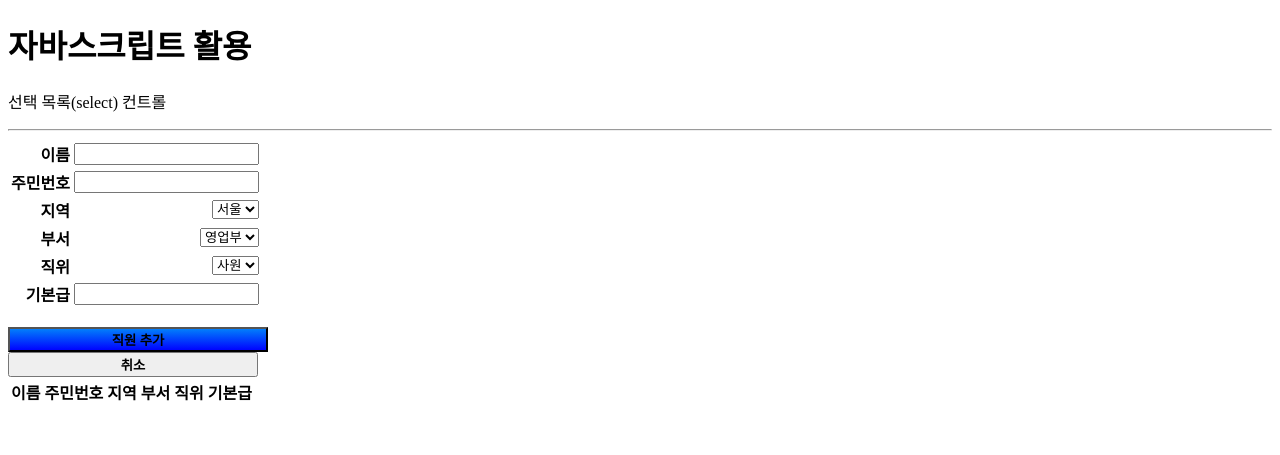
Repository: lolsoyeon/WebStudy
Page: WebApp03/WebContent/Test030.html
The author's editor kept a copy of each file at every save. The page is drawn from the files as they stood at one save, then again after the next save.
The browser window is 1280 px wide. The pictures show the whole page.
The pointer rests on the first visible `.btn`.

Above is the page before, as saved 2022-10-06 03:23:13.

### WebApp03/WebContent/Test030.html
<!DOCTYPE html>
<html>
<head>
<meta charset="UTF-8">
<title>Test030.html</title>






<style type="text/css">
input {
	font-family: 나눔고딕코딩;
	font-weight: bold;
}

input:focus {
	background-color: #eeeedd;
}

.btn {
	width: 250px;
	font-family: 맑은 고딕;
	font-weight: bold;
}

.txt {
	text-align: right;
}

td {
	text-align: right;
	font-weight: bold;
}

#btnAdd {
	width: 260px;
}
.btn:hover {
   background: rgb(0,3,255);
  background: linear-gradient(0deg, rgba(0,3,255,1) 0%, rgba(2,126,251,1) 100%);
}


</style>

<script type="text/javascript">
	/* select 를 다루어 보기 위한 테스트 함수 정의*/
	function selectTest()
	{
		// 		alert("함수 호출 ~!");

		// 첫 번째 방법
		/*
		var position = document.getElementById("userPosition").value;

		alert(position);
		 */

		// 두 번째 방법
		/*
		var positionObj = document.getElementById("userPosition");

		// 		alert(positionObj);
		//--==>> [object HTMLSelectElement]

		var positionOptions = positionObj.options;

		// 		alert(positionOptions);
		//--==>> [object HTMLOptionsCollection] 배열이다~!!!!!

		var positionMessage = "";

		for (var i = 0; i < positionOptions.length; i++)	// "4"
		{
			if (positionOptions[i].selected)
			{
				// 단일 선택 셀렉을 1개만 따라서 break가능
		// 				positionMessage = positionOptions[i].value;
		// 				break;

				// 다중 선택 break 사용 절대x
				positionMessage += positionOptions[i].value + " ";

			}
		}
		alert(positionMessage);
		 */

		// 세 번째 방법

		var positionObj = document.getElementById("userPosition");

		// 확인
		// 		alert(positionObj.selectedIndex);
		// 부장→0 / 과장→1 /대리→2 /사원→3 출력됨

		// 확인
		// 		alert(positionObj.options[2].value);
		//--==>> zxcv(대리)

		var positionMessage = positionObj.options[positionObj.selectedIndex].value;

		alert(positionMessage);

	}
	// 직원 추가 되도록 한다
	// 이름, 주민번호, 기본급을 입력하면 밑에 테이블에 이름, 주민번호, 기본급이 출력된다....

	function addMember()
	{
		var name = document.getElementById("userName").value;
		var ssn = document.getElementById("userSsn").value;
		var basicpay = document.getElementById("userBasicpay").value;

		var cityObj = document.getElementById("userCity");
		var deptObj = document.getElementById("userDept");
		var positionObj = document.getElementById("userPosition");
		// 		alert(positionObj.selectedIndex);
		// 서울 0 대전 1 광주 2
// 		alert(positionObj.options[1].value);
		//--==>> 대전

		var cityMessage = cityObj.options[cityObj.selectedIndex].value;
		var deptMessage = deptObj.options[deptObj.selectedIndex].value;
		var positionMessage = positionObj.options[positionObj.selectedIndex].value;

// 		alert(positionMessage);
		// 내가 선택한 도시의 value가 담김


		var tableNode = document.getElementById("memberList");

		var trNode = document.createElement("tr");

		trNode.appendChild(createTdNode(name));
		trNode.appendChild(createTdNode(ssn));
		trNode.appendChild(createTdNode(cityMessage));
		trNode.appendChild(createTdNode(deptMessage));
		trNode.appendChild(createTdNode(positionMessage));
		trNode.appendChild(createTdNode(basicpay));

		tableNode.appendChild(trNode);

		function createTdNode(val)
		{
			var textNode = document.createTextNode(val);
			var tdNode = document.createElement("td");
			tdNode.appendChild(textNode);
			return tdNode;

		}

	}
</script>

</head>
<body>

	<div>
		<h1>자바스크립트 활용</h1>
		<p>선택 목록(select) 컨트롤</p>
		<hr>
	</div>

	<div>
		<form>
			<table>
				<tr>
					<td>이름</td>
					<td><input type="text" id="userName"></td>
				</tr>

				<tr>
					<td>주민번호</td>
					<td><input type="text" id="userSsn"></td>
				</tr>

				<tr>
					<td>지역</td>
					<td>
						<!-- 				<input type="text" id="userCity"> -->
						<select
						id="userCity">
							<option value="1123(서울)" id="s">서울</option>
							<option value="2234(대전)" id="d">대전</option>
							<option value="3345(광주)" id="k">광주</option>
							<option value="4456(대구)" id="g">대구</option>
					</select>
					</td>
				</tr>

				<tr>
					<td>부서</td>
					<td>
						<!-- 					<input type="text" id="userDept"> -->
						<select
						id="userDept">
							<option value="9987(개발부)">개발부</option>
							<option value="9988(인사부)">인사부</option>
							<option value="9989(자재부)">자재부</option>
							<option value="9990(영업부)" selected="selected">영업부</option>
							<option value="9991(총무부)">총무부</option>
					</select>
					</td>
				</tr>

				<tr>
					<td>직위</td>
					<td>
						<!-- 					<input type="text" id="userPosition"> -->
						<select
						id="userPosition">
							<option value="qwer(부장)">부장</option>
							<option value="asdf(과장)">과장</option>
							<option value="zxcv(대리)">대리</option>
							<option value="tyuu(사원)" selected="selected">사원</option>
					</select>
					</td>
				</tr>

				<tr>
					<td>기본급</td>
					<td><input type="text" id="userBasicpay"></td>
				</tr>
			</table>
			<br>

			<!-- 		<input type="button" class="btn" id="btnAdd" value="직원 추가"
    		onclick="selectTest()"> -->

			<input type="button" class="btn" id="btnAdd" value="직원 추가"
				onclick="addMember()"> <br>
			<input type="reset" class="btn" id="reset" value="취소">
			<br>

			<table id="memberList">
				<tr>
					<td>이름</td>
					<td>주민번호</td>
					<td>지역</td>
					<td>부서</td>
					<td>직위</td>
					<td>기본급</td>
				</tr>
			</table>
		</form>
	</div>





</body>
</html>

After the next save:
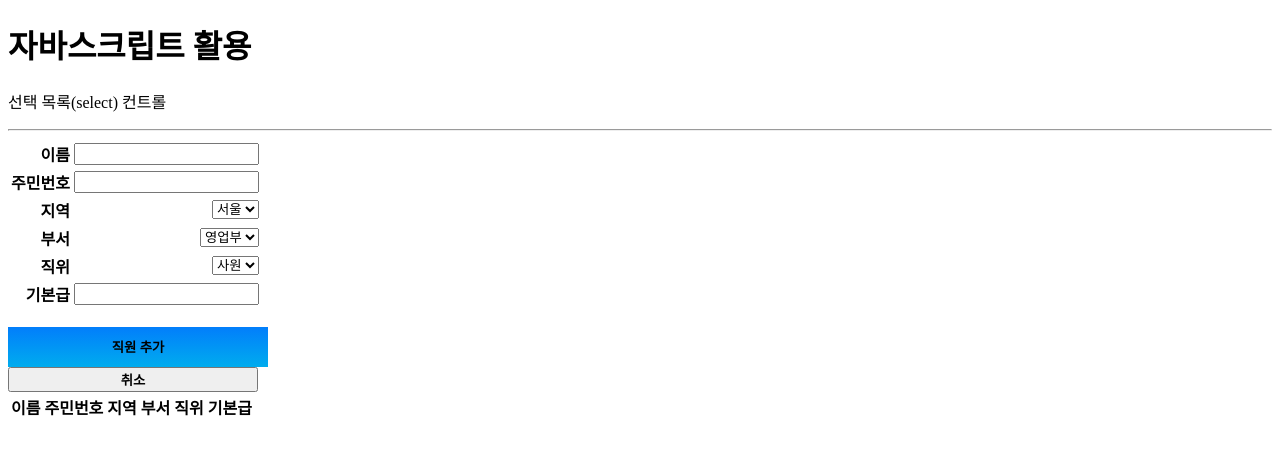
Saved 39 s later.
--- a/WebApp03/WebContent/Test030.html
+++ b/WebApp03/WebContent/Test030.html
@@ -38,8 +38,13 @@ td {
 	width: 260px;
 }
 .btn:hover {
-   background: rgb(0,3,255);
-  background: linear-gradient(0deg, rgba(0,3,255,1) 0%, rgba(2,126,251,1) 100%);
+   background: rgb(0,172,238);
+  background: linear-gradient(0deg, rgba(0,172,238,1) 0%, rgba(2,126,251,1) 100%);
+  width: 130px;
+  height: 40px;
+  line-height: 42px;
+  padding: 0;
+  border: none;
 }
 
 
